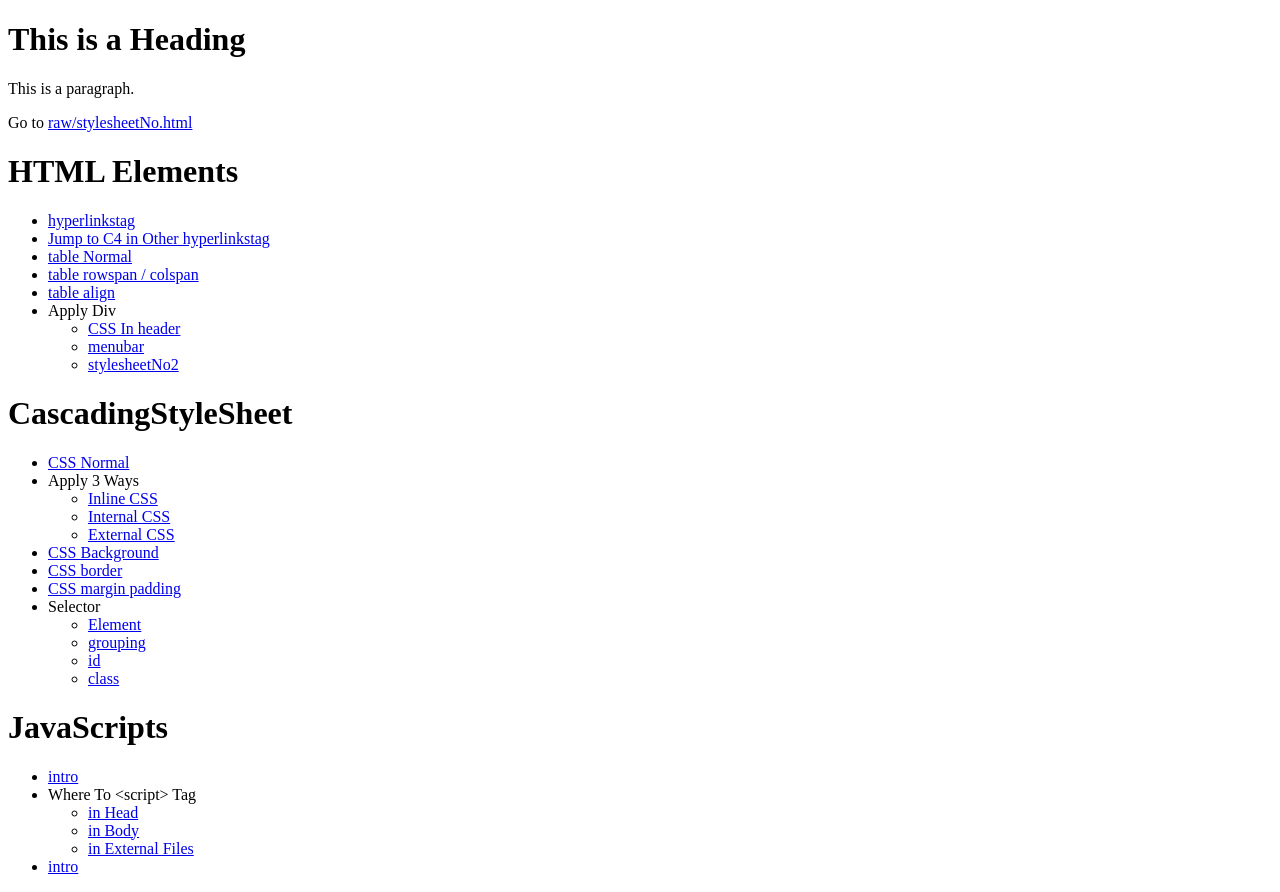
Repository: SanghunOh/learn_publising
Page: HtmlCss/WebContent/index.html
An editor plug-in stored every save of this project. The page is shown before and after the next save, followed by the edit.
The browser window is 1280 px wide. The pictures show the whole page.

Above is the page before, as saved 2018-05-07 06:42:03.

After the next save:
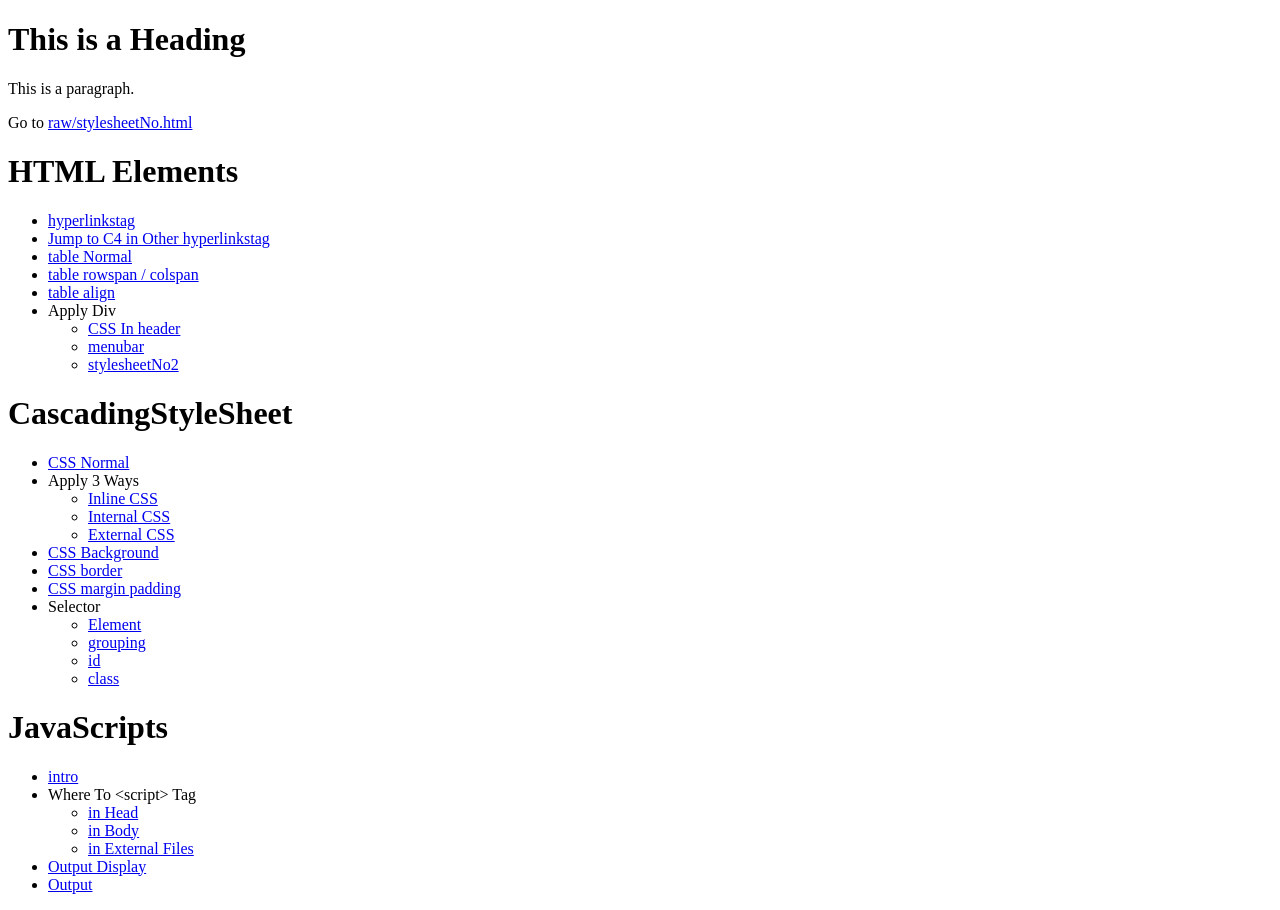
Saved 15 min 9 s later.
--- a/HtmlCss/WebContent/index.html
+++ b/HtmlCss/WebContent/index.html
@@ -71,7 +71,8 @@
 						External Files</a></li>
 			</ul>
 		</li>
-		<li><a href="JavaScripts/output.html">intro</a></li>
+		<li><a href="JavaScripts/outputDisplay.html">Output Display</a></li>
+		<li><a href="JavaScripts/output.html">Output</a></li>
 	</ul>
 </body>
 </html>
